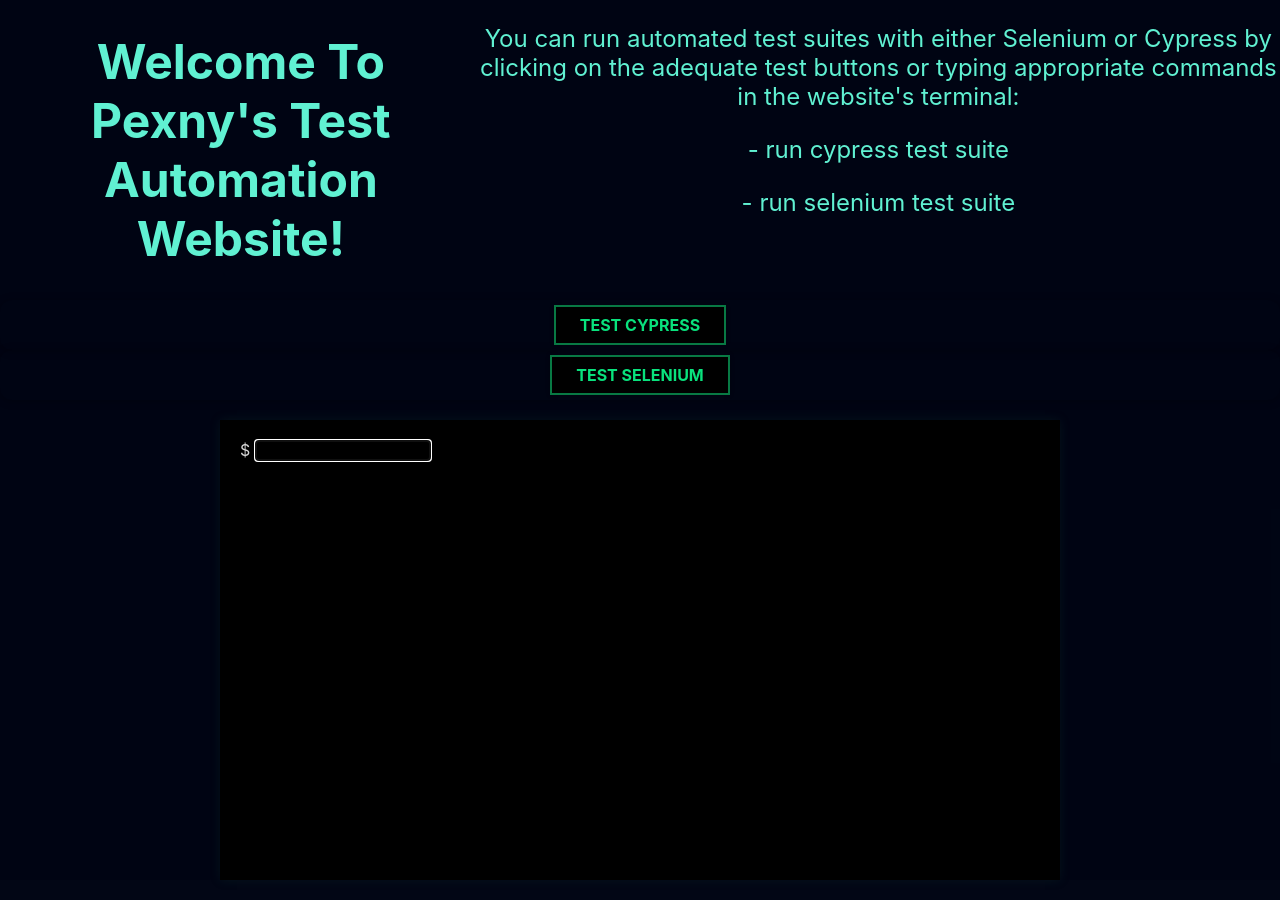
Repository: p3xny/Test-Automation-Website
Page: / (app in client/)
These files come from the project's save history. The page is drawn as it stood at one moment and after the next save; the edit follows.
The browser window is 1280 px wide. The pictures show the whole page.
The project was rebuilt for these pictures with package versions that can differ from the ones it lists, and the page was loaded fresh each time. Also part of the build but not shown: client/src/components/UI/TestMenu.js.

Above is the page before, as saved 2023-08-23 23:17:30.

### client/src/index.css
body {
  margin: 0;
  font-family: -apple-system, BlinkMacSystemFont, "Segoe UI", "Roboto", "Oxygen",
    "Ubuntu", "Cantarell", "Fira Sans", "Droid Sans", "Helvetica Neue",
    sans-serif;
  -webkit-font-smoothing: antialiased;
  -moz-osx-font-smoothing: grayscale;
  background-color: rgba(0, 5, 20, 0.993);
}

code {
  font-family: source-code-pro, Menlo, Monaco, Consolas, "Courier New",
    monospace;
}

### client/src/App.js
import React from "react";

import "./App.css";

import WelcomeMessage from "./components/UI/WelcomeMessage";
import Tests from "./components/Tests";
import Terminal from "./components/Terminal/Terminal";

function App() {
  return (
    <div className="App">
      <header className="App-header">
        <WelcomeMessage />
      </header>
      <Tests testTool="cypress" buttonId="cypress-menu" />
      <Tests testTool="selenium" buttonId="selenium-menu" />
      <Terminal />
    </div>
  );
}

export default App;

### client/src/App.css
.App {
  text-align: center;
  background: rgba(0, 5, 20, 0.993);
}

.App-logo {
  height: 40vmin;
  pointer-events: none;
}

@media (prefers-reduced-motion: no-preference) {
  .App-logo {
    animation: App-logo-spin infinite 20s linear;
  }
}

.App-header {
  /* background-color: rgba(0, 5, 20, 0.993); */
  /* min-height: 100vh; */
  /* display: flex; */
  /* flex-direction: column; */
  /* align-items: center; */
  /* justify-content: center; */
  font-size: calc(10px + 2vmin);
  color: white;
}

.App-link {
  color: #61dafb;
}

@keyframes App-logo-spin {
  from {
    transform: rotate(0deg);
  }
  to {
    transform: rotate(360deg);
  }
}

### client/src/components/UI/WelcomeMessage.js
import React from "react";

import styles from "./WelcomeMessage.module.css";

const WelcomeMessage = (props) => {
  return (
    <div className={styles.WelcomeMessage}>
      <h1>Welcome To Pexny's Test Automation Website!</h1>
      <p>
        You can run automated test suites with either Selenium or Cypress by
        clicking on the adequate test buttons or typing appropriate commands in
        the website's terminal:
        <p>- run cypress test suite</p>
        <p>- run selenium test suite</p>
      </p>
    </div>
  );
};

export default WelcomeMessage;

// const describeOriginal = require("mocha").describe;

// require("mocha").describe = (describeTitle) => {
//   TestListener.watch(describeTitle);
//   describeOriginal(describeTitle);
// };

### client/src/components/Tests.js
import React, { useState, useEffect } from "react";

import styles from "./UI/Button.module.css";

import TestMenu from "./UI/TestMenu";
import Button from "./UI/Button";
import Card from "./UI/Card";

const testCases = [
  {
    cypress: [
      { id: 1, name: "Cypress Full Test", command: "" },
      { id: 2, name: "Cypress Buttons Test", command: "" },
      { id: 3, name: "Cypress Terminal Test", command: "" },
    ],
    selenium: [
      { id: 1, name: "Selenium Full Test", command: "pytest -v" },
      {
        id: 2,
        name: "Selenium Buttons Test",
        command: "pytest -v test_client_buttons.py",
      },
      {
        id: 3,
        name: "Selenium Terminal Test",
        command: "pytest -v test_client_terminal.py",
      },
    ],
  },
];

const Tests = (props) => {
  const [isActive, setIsActive] = useState(false);

  const makeActiveHandler = (event) => {
    setIsActive(true);
    console.log("Activated!");
  };

  const makeInactiveHandler = (event) => {
    setIsActive(false);
  };

  const filterButtons = testCases.find((test) =>
    test.hasOwnProperty(props.testTool)
  );

  return (
    <div>
      {!isActive && (
        <Card>
          <Button
            name={`TEST ${props.testTool.toUpperCase()}`}
            id={`test-button-${props.buttonId}`}
            testFamily={props.testTool}
            onActivate={makeActiveHandler}
          />
        </Card>
      )}
      {isActive && (
        <Card>
          <TestMenu tests={filterButtons[props.testTool]} testTool="cypress" />
          <button
            className={styles.button}
            id={"back-button"}
            onClick={makeInactiveHandler}
          >
            BACK
          </button>
        </Card>
      )}
    </div>
  );
};

export default Tests;

### client/src/components/Terminal/Terminal.js
import React, { useState } from "react";

import styles from "./Terminal.module.css";

import Card from "../UI/Card";

const Terminal = (props) => {
  const [terminalInput, setTerminalInput] = useState("");
  const [terminalOutput, setTerminalOutput] = useState([]);

  const terminalInputHandler = (event) => {
    setTerminalInput(event.target.value);
    console.log(event.target.value);
  };

  const submitHandler = (event) => {
    event.preventDefault();
    writeToTerminal(`$ ${terminalInput}\n`);
    processCommand(terminalInput);
    setTerminalInput("");
  };

  const writeToTerminal = (message) => {
    setTerminalOutput((prevOutput) => [...prevOutput, message]);
  };

  const processCommand = async (command) => {
    try {
      const response = await fetch("http://localhost:5000/run_tests", {
        method: "POST",
        headers: {
          "Content-Type": "application/json",
        },
        body: JSON.stringify({ command }),
      });

      if (command === "clear" || command === "cls") {
        setTerminalOutput([]);
        return;
      }

      const data = await response.json();

      if (data.success) {
        writeToTerminal(data.output);
      } else {
        writeToTerminal(`Error: ${data.error}\n`);
      }
    } catch (error) {
      writeToTerminal(`Error: ${error}\n`);
    }
  };

  const highlightWords = (message) => {
    const greenWords = [
      "success",
      "Success",
      "SUCCESS",
      "passed",
      "Passed",
      "PASSED",
    ];
    const redWords = [
      // "error",
      // "Error",
      // "ERROR",
      "failed",
      "Failed",
      "FAILED",
      "FAILURES",
    ];
    const parts = message.split(
      new RegExp(`(${greenWords.concat(redWords).join("|")})`, "g")
    );

    return parts.map((part, index) => {
      if (greenWords.includes(part.toLowerCase())) {
        return (
          <span className={styles["highlighted-green"]} key={index}>
            {part}
          </span>
        );
      } else if (redWords.includes(part.toLowerCase())) {
        return (
          <span className={styles["highlighted-red"]} key={index}>
            {part}
          </span>
        );
      }
      return part;
    });
  };

  return (
    <div className={styles.terminal}>
      <div id="output">
        {terminalOutput.map((message, index) => (
          <pre key={index} className={styles.outputContent}>
            {highlightWords(message)}
          </pre>
        ))}
      </div>
      <form id="input-form" onSubmit={submitHandler}>
        <span>$</span>
        <input
          className={styles.input}
          type="text"
          id="command-input"
          value={terminalInput}
          onChange={terminalInputHandler}
          autoFocus
        />
      </form>
    </div>
  );
};

export default Terminal;

### client/src/components/UI/WelcomeMessage.module.css
.WelcomeMessage {
  color: rgb(96, 241, 210);
  font-size: 1.5rem;
  /* font-weight: bold; */
  display: flex;
  text-align: center;
}

.WelcomeMessage {
  margin-left: 5px;
}

### client/src/components/UI/Button.module.css
.button {
  width: 100%;
  font: inherit;
  font-weight: bold;
  padding: 0.5rem 1.5rem;
  border: 2px solid rgb(8, 121, 68);
  color: rgb(9, 226, 125);
  background: black;
  box-shadow: 0 0 4px rgba(0, 0, 0, 0.26);
  cursor: pointer;
  margin: 5px;
}

.button:focus {
  outline: none;
}

.button:hover,
.button:active {
  background: rgb(8, 121, 68);
  border-color: rgb(9, 226, 125);
  color: black;
  box-shadow: 0 0 8px rgba(0, 0, 0, 0.26);
}

@media (min-width: 768px) {
  .button {
    width: auto;
  }
}

### client/src/components/UI/Button.js
import styles from "./Button.module.css";

const Button = (props) => {
  return (
    <button id={props.id} className={styles.button} onClick={props.onActivate}>
      {props.name}
    </button>
  );
};

export default Button;

### client/src/components/UI/Card.js
import styles from "./Card.module.css";

const Card = (props) => {
  const classes = styles.card + " " + props.className;
  return <div className={classes}>{props.children}</div>;
};

export default Card;

### client/src/components/Terminal/Terminal.module.css
.terminal {
  margin-top: 20px;
  margin-bottom: 20px;
  margin-left: auto;
  margin-right: auto;

  /* border: 1px solid rgb(8, 121, 68); */
  padding: 20px;
  width: 80%;
  max-width: 800px;
  min-height: 420px;
  max-height: 420px;
  background-color: black;
  overflow-y: auto;
  overflow-x: auto;
  box-shadow: 0 0 10px rgba(23, 78, 62, 0.2);
  overflow-wrap: break-word;
}

#output {
  white-space: pre-wrap;
}

.outputContent {
  text-align: left;
  font-family: monospace;
  overflow-wrap: break-word;
  color: rgba(255, 255, 255, 0.842);
}

.highlighted-green {
  font-family: monospace;
  font-weight: bold;
  color: rgb(12, 145, 12);
}

.highlighted-red {
  font-family: monospace;
  font-weight: bold;
  color: rgb(158, 2, 2);
}

.input {
  background-color: transparent;
  /* border: none; */
  color: rgba(255, 255, 255, 0.842);
  font-family: monospace;
  caret-color: rgba(255, 255, 255, 0.842);
  margin: 0 5px;
}

form {
  display: flex;
  align-items: left;
}

span {
  color: rgba(255, 255, 255, 0.842);
  font-size: 1rem;
}

Loaded but not shown: client/public/index.html (common file); client/src/index.js (common file); client/src/reportWebVitals.js (common file); client/src/components/UI/Card.module.css (common file)

After the next save:
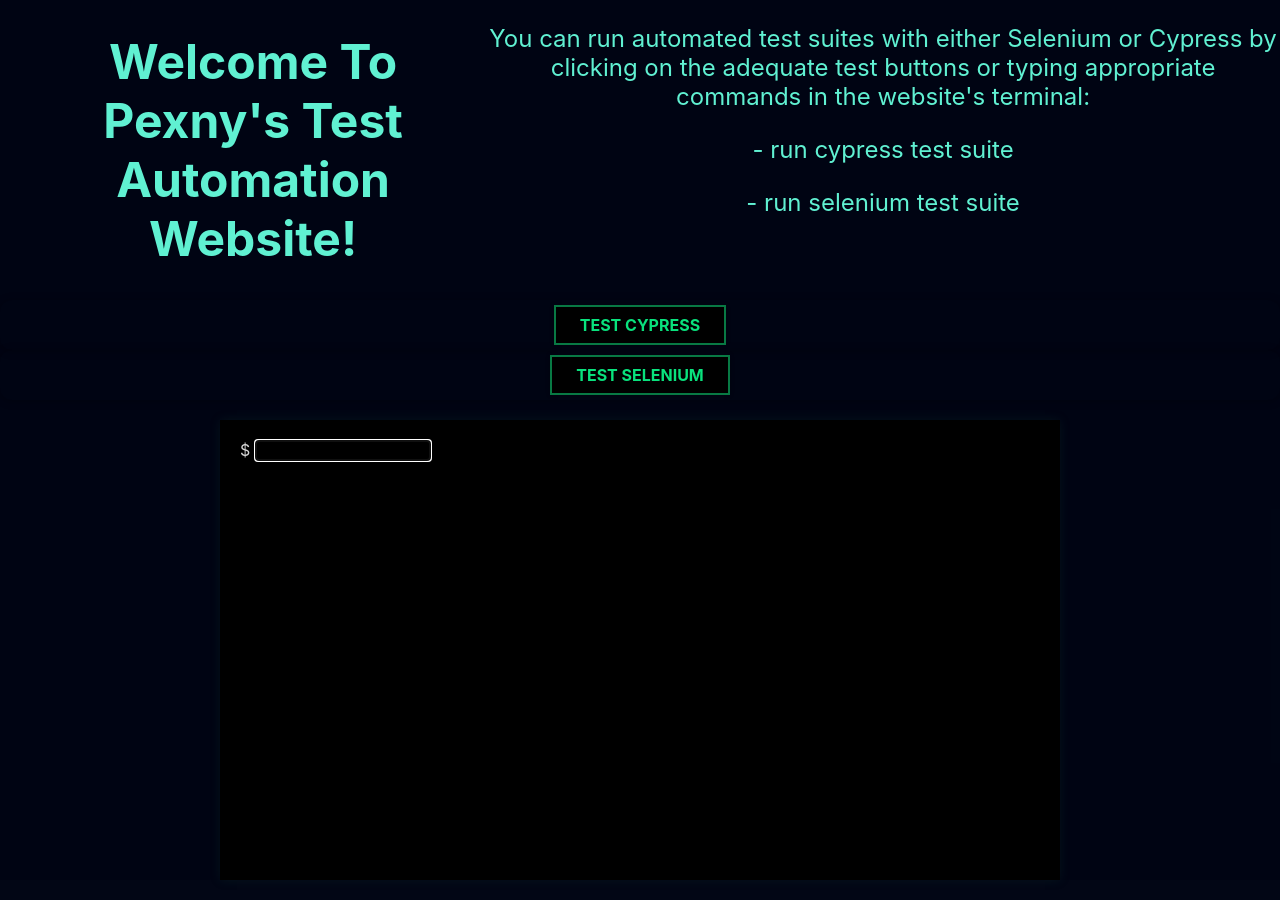
Saved 18 s later.
--- a/client/src/components/UI/WelcomeMessage.module.css
+++ b/client/src/components/UI/WelcomeMessage.module.css
@@ -7,5 +7,5 @@
 }
 
 .WelcomeMessage {
-  margin-left: 5px;
+  margin-left: 20px;
 }
